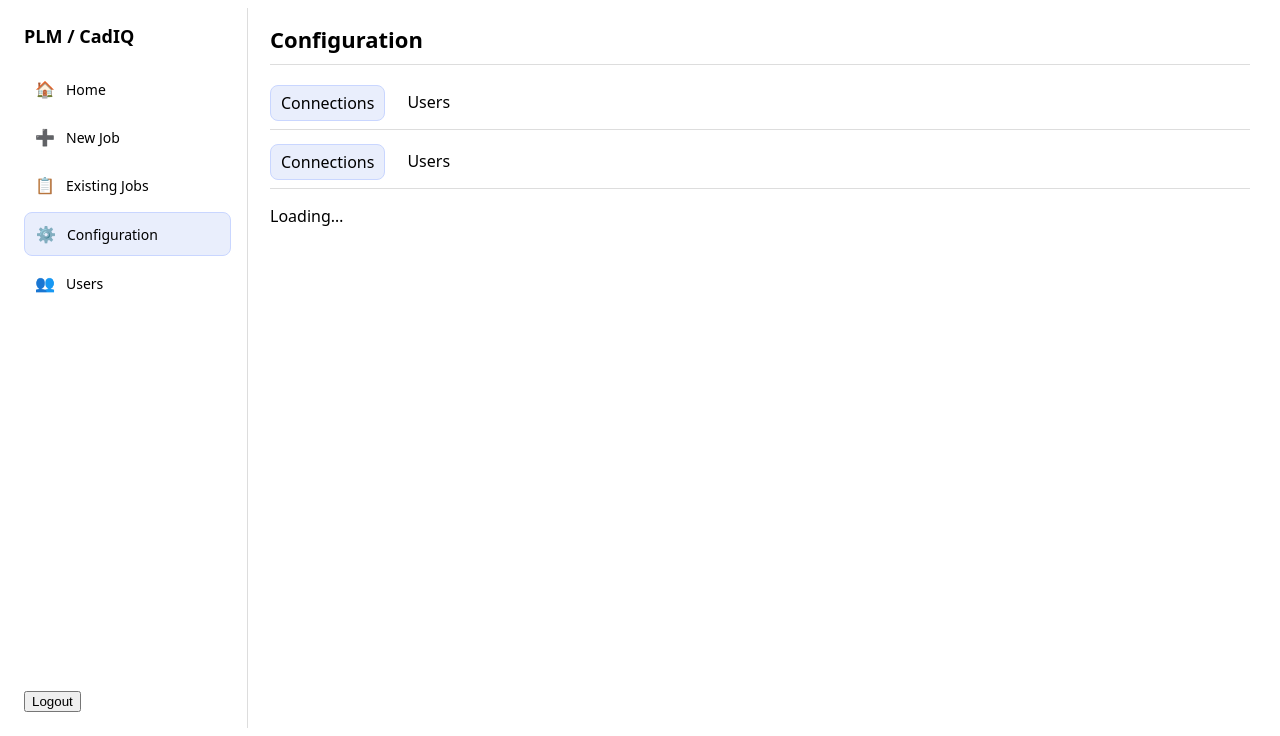
Repository: yaleevans/plm-cadiq
Page: /config
The author's editor kept a copy of each file at every save. The page is drawn from the files as they stood at one save, then again after the next save.
The browser window is 1280 px wide. The pictures show the whole page.
The page's requests for data from a server got no answer. The project was rebuilt for these pictures with package versions that can differ from the ones it lists, and the page was loaded fresh each time. The framework's server and built-in components were replaced by stand-ins that run in the browser. No one was signed in, and anything a server would have sent is missing. Also part of the build but not shown: svelte.config.js, vite.config.ts.

Above is the page before, as saved 2026-02-11 08:37:39.

After the next save:
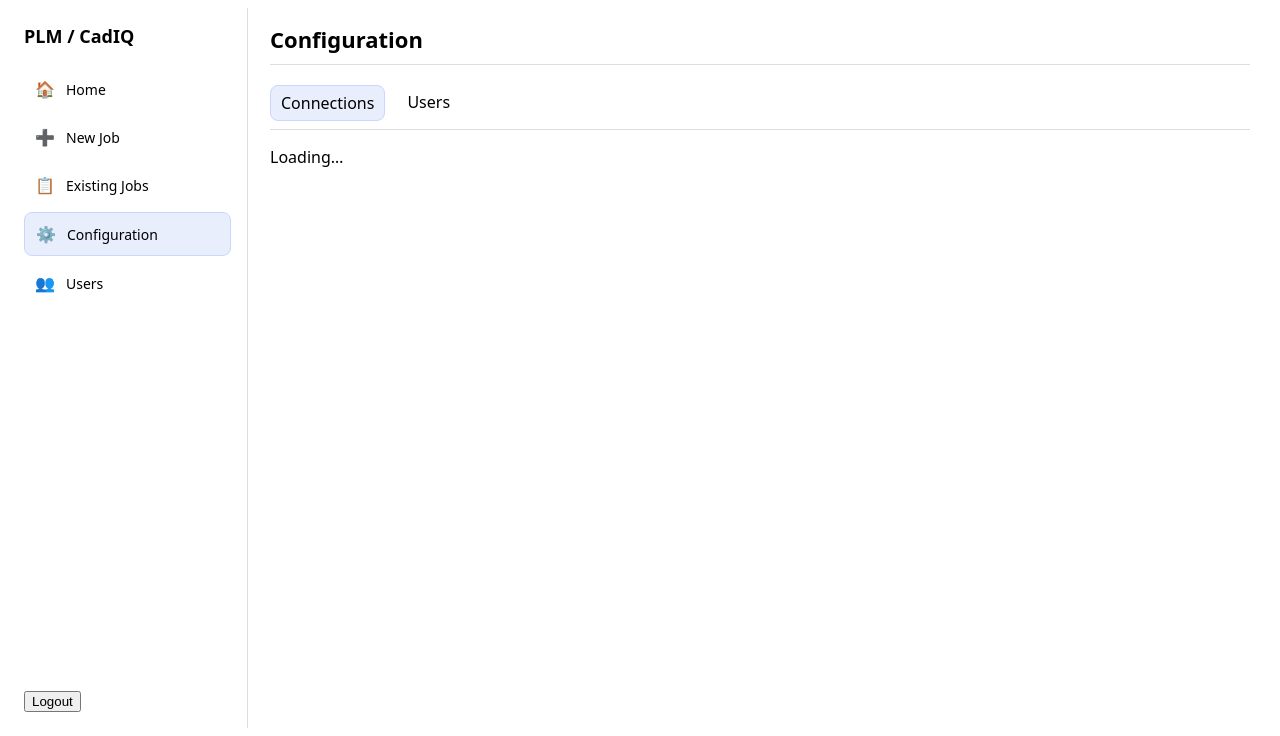
Saved 14 s later.
--- a/src/routes/config/+page.svelte
+++ b/src/routes/config/+page.svelte
@@ -1,5 +1,4 @@
 <script lang="ts">
-	import ConfigNav from './_configNav.svelte';
 	import { onMount } from 'svelte';
 	let loading = true;
 	let error = '';
@@ -64,8 +63,6 @@
 	});
 </script>
 
-<ConfigNav active="connections" />
-
 {#if loading}
 	<p>Loading…</p>
 {:else}
